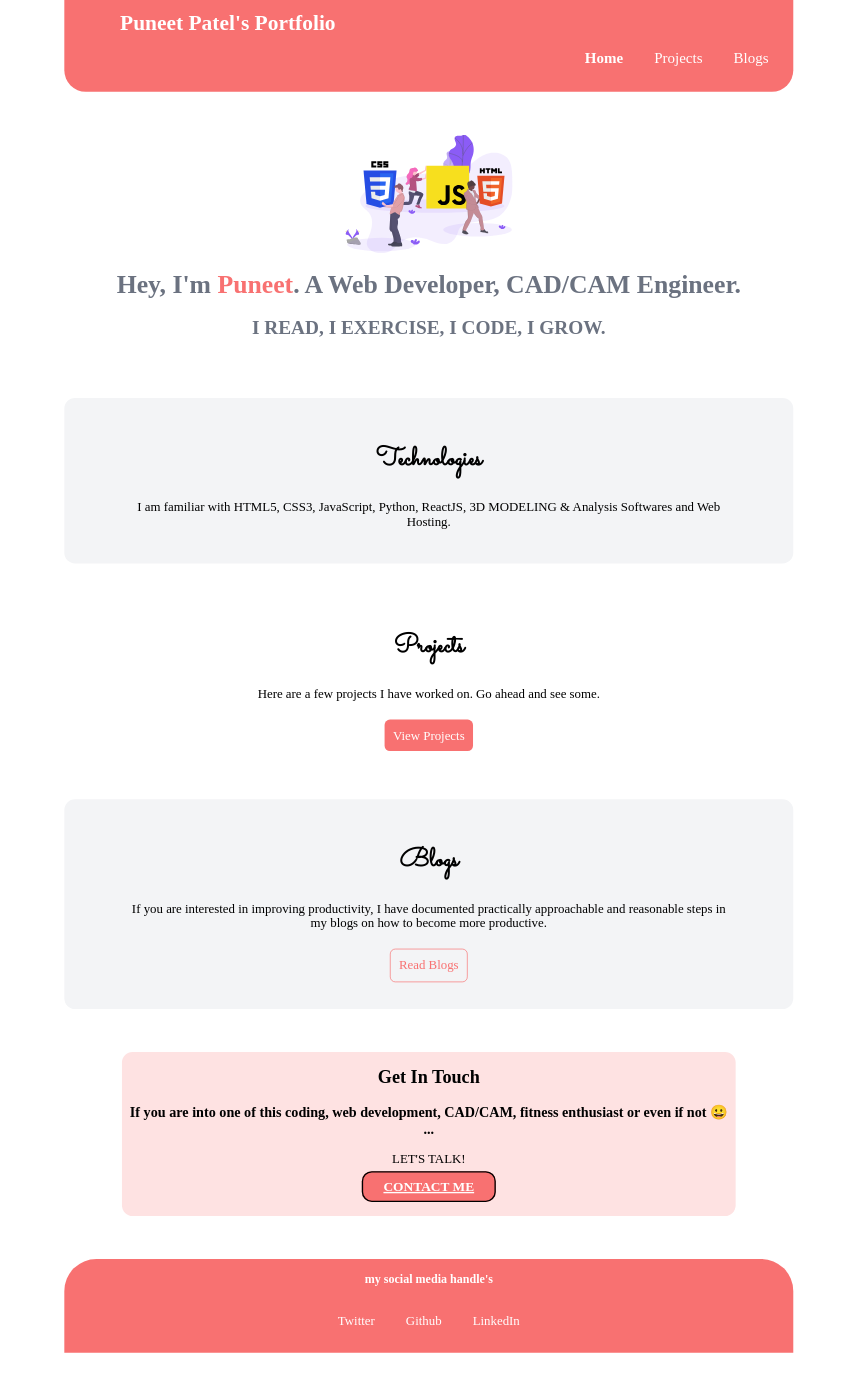
Repository: PuneetP16/Portfolio
Page: index.html
These files come from the project's save history. The page is drawn as it stood at one moment and after the next save; the edit follows.
The browser window is 1280 px wide. The pictures show the whole page, at 67% of full size.
Some web fonts or font styles are not loaded; a fallback is used.

Above is the page before, as saved 2021-12-10 10:50:42.

After the next save:
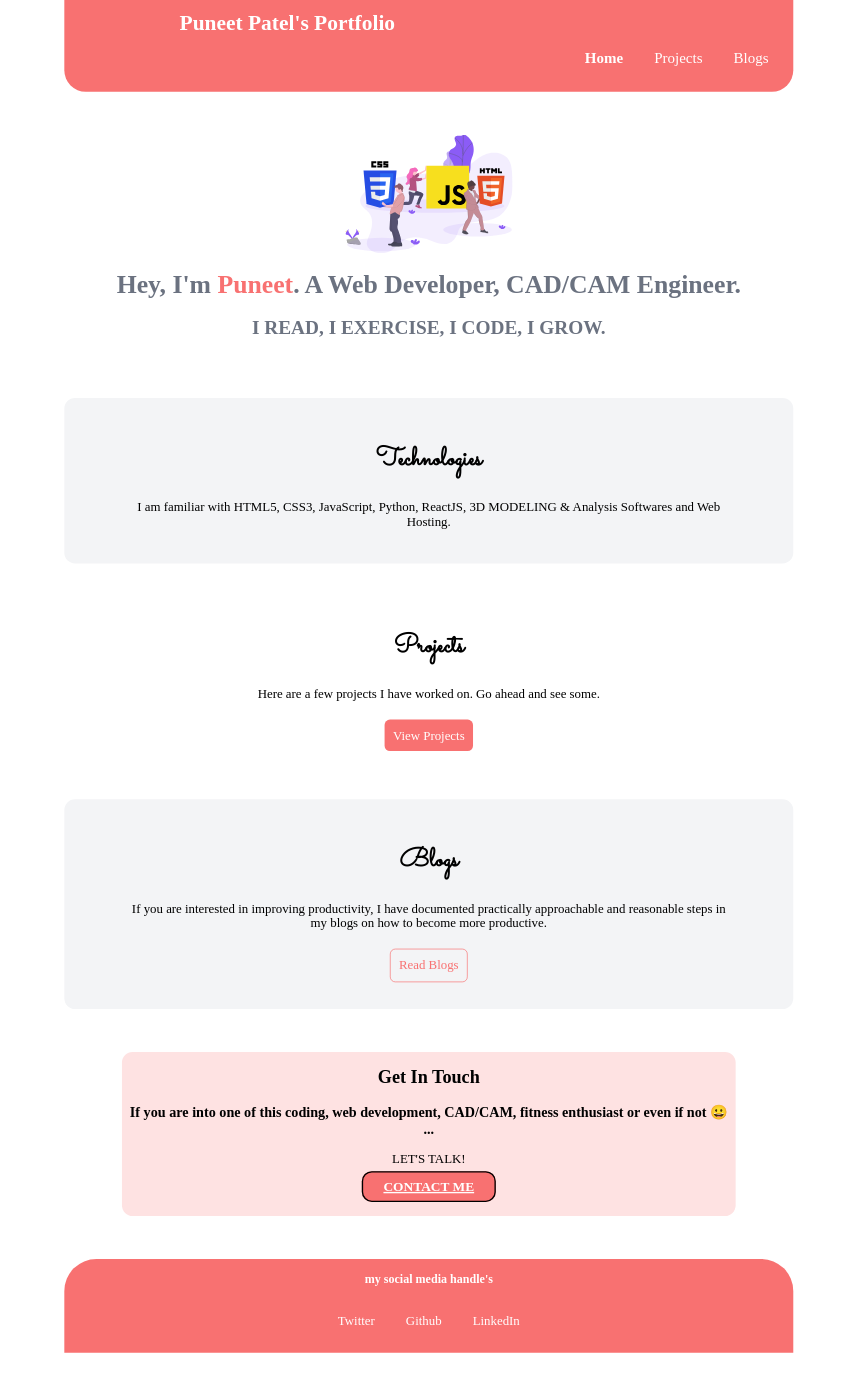
Saved 23 s later.
--- a/style.css
+++ b/style.css
@@ -60,7 +60,7 @@ hr {
   font-size: 2rem;
   margin: auto;
   text-align: center;
-  margin-right: 600px;
+  margin-right: 40%;
 }
 
 /** Lists **/
